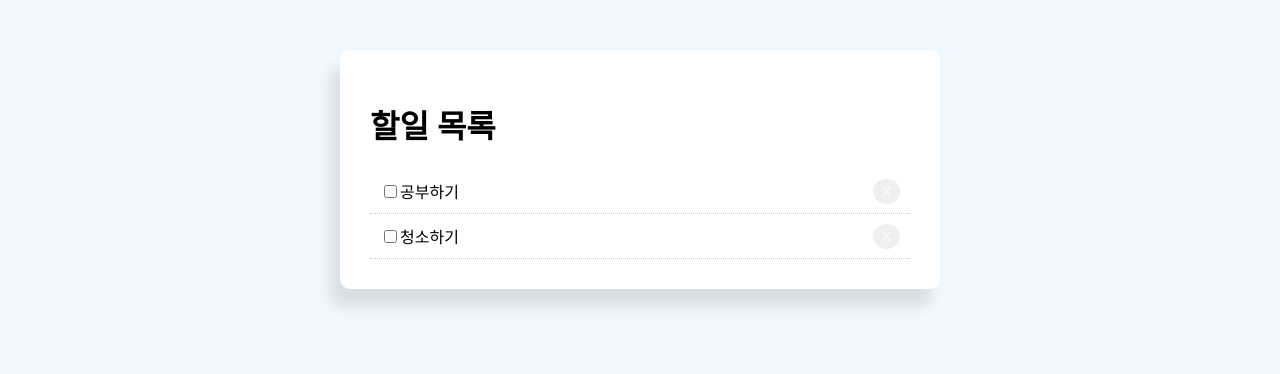
Repository: siwon9898/react-learn
Page: /
The author's editor kept a copy of each file at every save. The page is drawn from the files as they stood at one save, then again after the next save.
The browser window is 1280 px wide. The pictures show the whole page.
The project was rebuilt for these pictures with package versions that can differ from the ones it lists, and the page was loaded fresh each time.

Above is the page before, as saved 2023-03-29 11:28:54.

### public/index.html
<!-- 페이지 템플릿 -->
<!DOCTYPE html>
<html lang="en">
  <head>
    <meta charset="utf-8" />
    <link rel="icon" href="%PUBLIC_URL%/favicon.ico" />
    <meta name="viewport" content="width=device-width, initial-scale=1" />
    <meta name="theme-color" content="#000000" />
    <meta
      name="description"
      content="Web site created using create-react-app"
    />
    <link rel="apple-touch-icon" href="%PUBLIC_URL%/logo192.png" />
    <!--
      manifest.json provides metadata used when your web app is installed on a
      user's mobile device or desktop. See https://developers.google.com/web/fundamentals/web-app-manifest/
    -->
    <link rel="manifest" href="%PUBLIC_URL%/manifest.json" />
    <!--
      Notice the use of %PUBLIC_URL% in the tags above.
      It will be replaced with the URL of the `public` folder during the build.
      Only files inside the `public` folder can be referenced from the HTML.

      Unlike "/favicon.ico" or "favicon.ico", "%PUBLIC_URL%/favicon.ico" will
      work correctly both with client-side routing and a non-root public URL.
      Learn how to configure a non-root public URL by running `npm run build`.
    -->
    <title>React App</title>
  </head>
  <body>
    <noscript>You need to enable JavaScript to run this app.</noscript>
    <div id="root"></div>
    <!--
      This HTML file is a template.
      If you open it directly in the browser, you will see an empty page.

      You can add webfonts, meta tags, or analytics to this file.
      The build step will place the bundled scripts into the <body> tag.

      To begin the development, run `npm start` or `yarn start`.
      To create a production bundle, use `npm run build` or `yarn build`.
    -->
  </body>
</html>

### src/index.js
//js 시작점
import React from 'react';
import ReactDOM from 'react-dom/client';
import './index.css';
import App from './App';
import reportWebVitals from './reportWebVitals';

const root = ReactDOM.createRoot(document.getElementById('root'));
root.render(
  <React.StrictMode>
    <App />
  </React.StrictMode>
);

// If you want to start measuring performance in your app, pass a function
// to log results (for example: reportWebVitals(console.log))
// or send to an analytics endpoint. Learn more: https://bit.ly/CRA-vitals
reportWebVitals();

### src/App.js
import React, { Component } from "react";
import "./App.css";
export default class App extends Component {
  btnStyle = {
    color: "#fff",
    border: "none",
    padding: "5px 9px",
    borderRadius: "50%",
    cursor: "pointer",
    float: "right",
  };

  getStyle = () => {
    return {
      padding: "10px",
      borderBottom: "1px #ccc dotted",
      textDecoration: "none",
    };
  };

  state = {
    todoData: [
      {
        id: "1",
        title: "공부하기",
        completed: true,
      },
      {
        id: "2",
        title: "청소하기",
        completed: false,
      },
    ],
  };

  handleClick = (id) => {
    let newTodoData = this.state.todoData.filter((data) => data.id !== id);
    this.setState({ todoData: newTodoData });
  };
  render() {
    return (
      <div className="container">
        <div className="todoBlock">
          <div className="title">
            <h1>할일 목록</h1>
          </div>
          {/* map은 배열 요소를 함수를 거쳐 새로운 배열을 반환해준다 */}
          {this.state.todoData.map((data) => (
            <div style={this.getStyle()} key={data.id}>
              {/* 여러개의 객체를 넣을때는 unique한 key prop이 있어야함 */}
              <input type="checkbox" defaultChecked={false} />
              {data.title}
              {/* 중괄호로 넣어야 실제 데이터가 들어감 */}
              <button
                style={this.btnStyle}
                onClick={() => this.handleClick(data.id)}
              >
                X
              </button>
            </div>
          ))}
        </div>
      </div>
    );
  }
}

### src/App.css

.container {
  margin: auto;
  max-width: 600px;
}

.todoBlock {
  padding: 30px;
  margin-top: 50px;
  background-color: #fff;
  border-radius: 10px;
  box-shadow: -9px 17px 13px rgb(0,0,0,0.1);
}

Loaded but not shown: src/index.css (common file); src/reportWebVitals.js (common file)

After the next save:
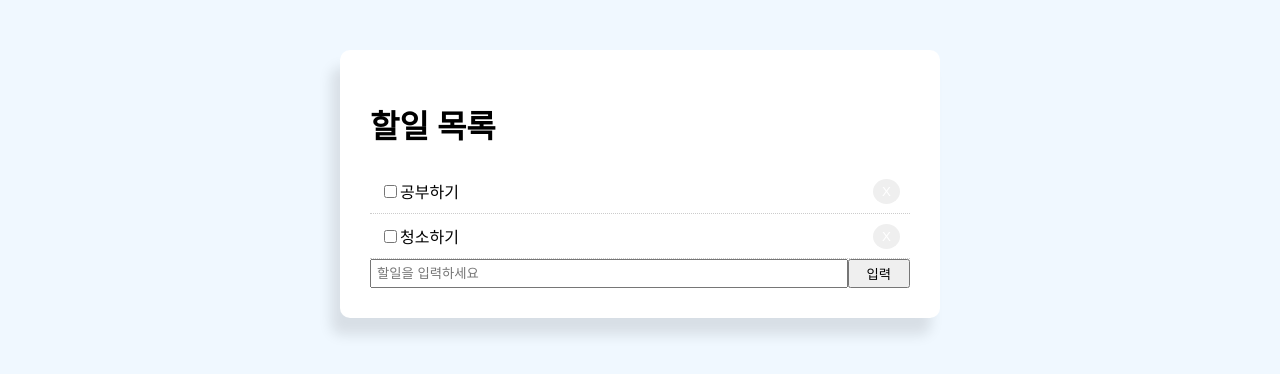
Saved 116 min 4 s later.
--- a/src/App.js
+++ b/src/App.js
@@ -59,6 +59,22 @@ export default class App extends Component {
               </button>
             </div>
           ))}
+
+          <form style={{ display: "flex" }}>
+            <input
+              type="text"
+              name="value"
+              placeholder="할일을 입력하세요"
+              style={{ flex: "10", padding: "5px" }}
+              value=""
+            />
+            <input
+              type="submit"
+              value="입력"
+              className="btn"
+              style={{ flex: "1" }}
+            />
+          </form>
         </div>
       </div>
     );
